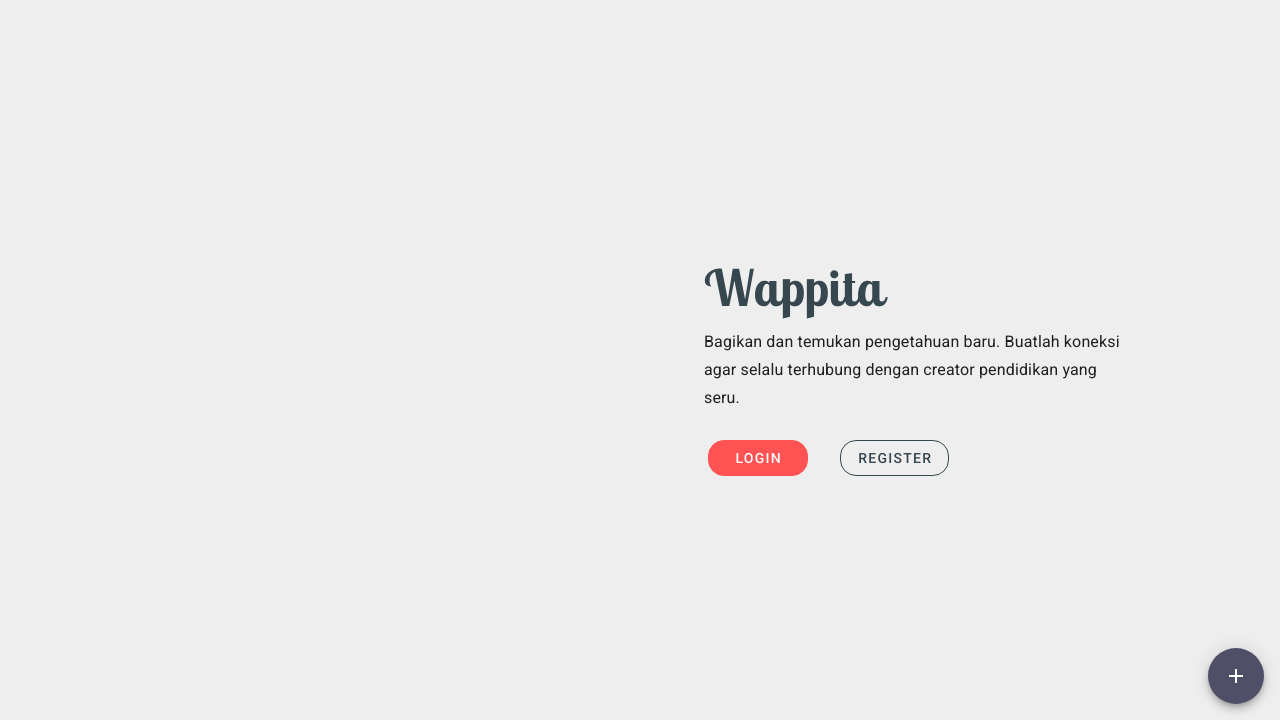
Repository: wildanpurnomo/kulia-fe
Page: /
An editor plug-in stored every save of this project. The page is shown before and after the next save, followed by the edit.
The browser window is 1280 px wide. The pictures show the whole page.
The page's requests for data from a server got no answer. The project was rebuilt for these pictures with package versions that can differ from the ones it lists, and the page was loaded fresh each time. No one was signed in, and anything a server would have sent is missing. Also part of the build but not shown: vue.config.js. Imported but missing from the stored project, and not drawn on this page: src/views/partials/main/MyProfile.vue.

Above is the page before, as saved 2020-11-27 22:54:38.

After the next save:
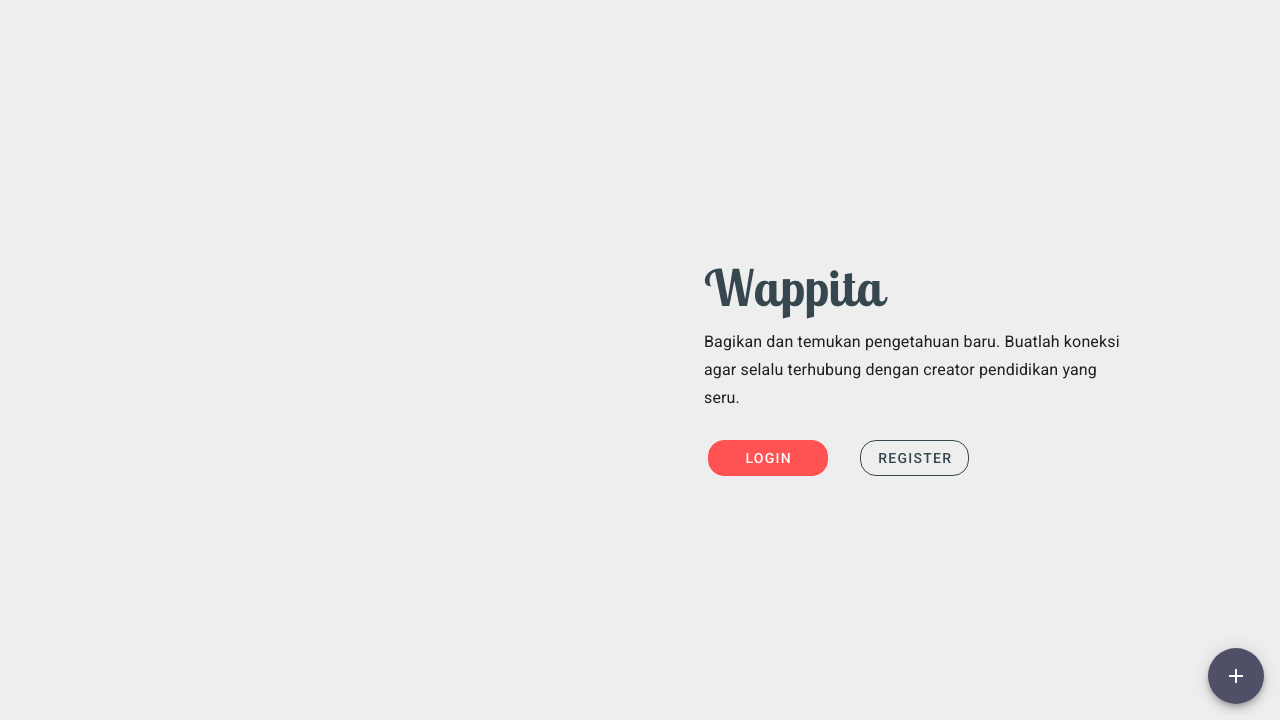
Saved 7 s later.
--- a/src/views/Landing.vue
+++ b/src/views/Landing.vue
@@ -19,7 +19,7 @@
               class="white--text red accent-2 rounded-xl"
               outlined
               :to="{ name: 'Login' }"
-              width="100"
+              width="120"
             >Login</v-btn>
           </div>
           <div>

After the save that followed:
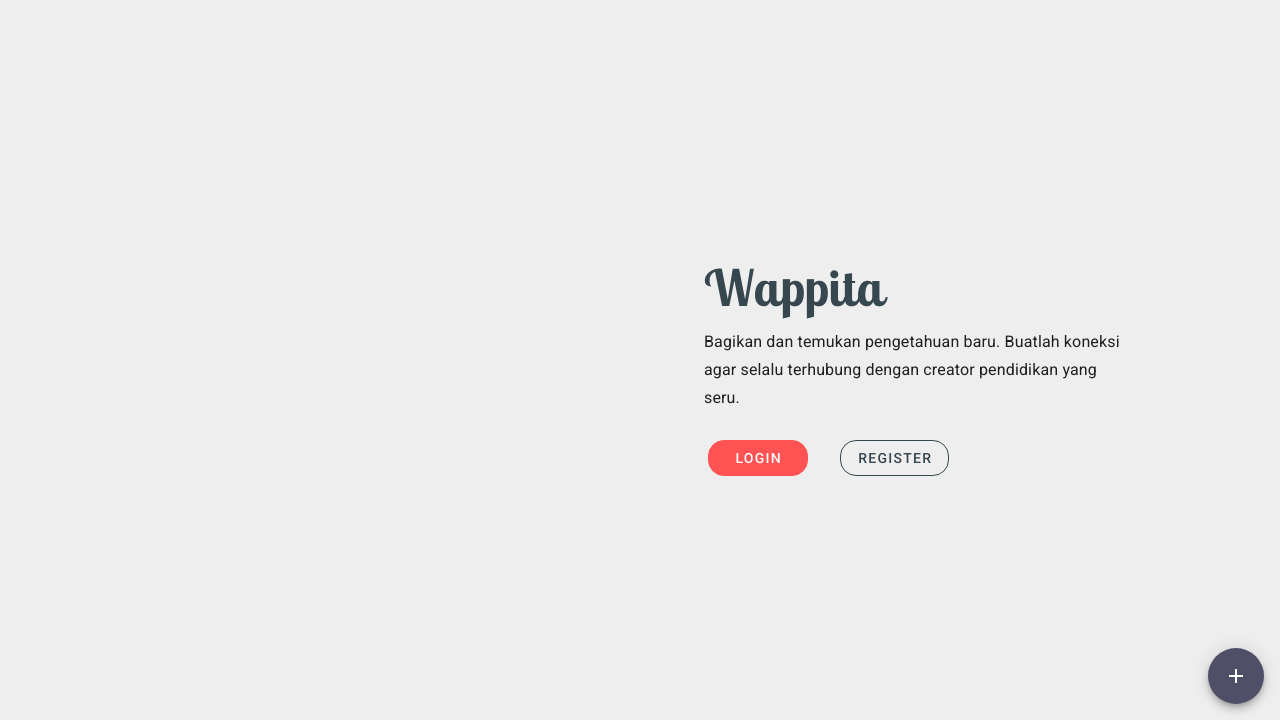
Saved 14 s later.
--- a/src/views/Landing.vue
+++ b/src/views/Landing.vue
@@ -19,7 +19,7 @@
               class="white--text red accent-2 rounded-xl"
               outlined
               :to="{ name: 'Login' }"
-              width="120"
+              width="100"
             >Login</v-btn>
           </div>
           <div>
